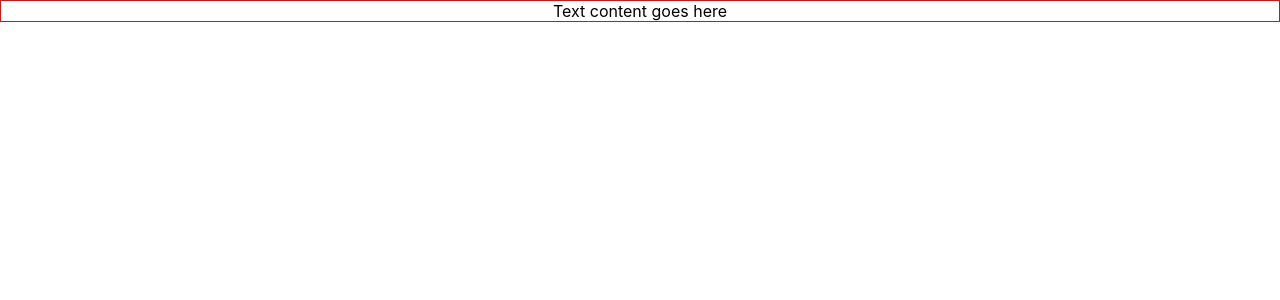
Repository: vuongtm1999/ALTA-exercise-1
Page: /
An editor plug-in stored every save of this project. The page is shown before and after the next save, followed by the edit.
The browser window is 1280 px wide. The pictures show the whole page.
The project was rebuilt for these pictures with package versions that can differ from the ones it lists, and the page was loaded fresh each time.

Above is the page before, as saved 2022-10-25 22:24:48.

After the next save:
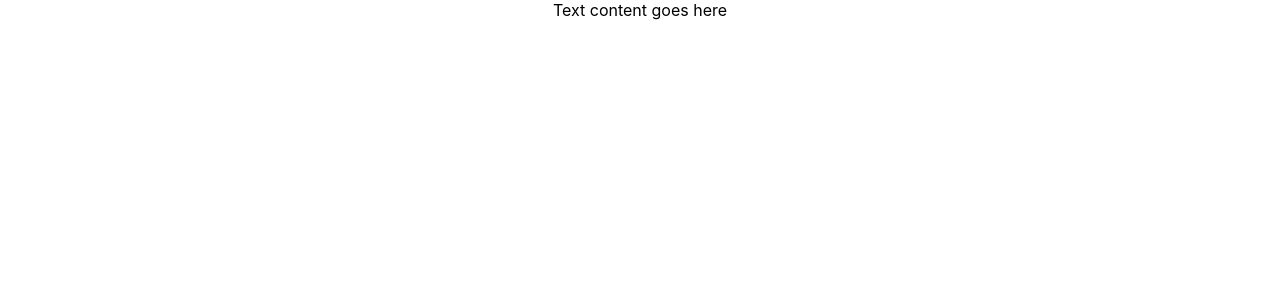
Saved 7 s later.
--- a/src/App.tsx
+++ b/src/App.tsx
@@ -25,7 +25,7 @@
   // ]
   return (
     <div className="App">
-      <Container styles={ { border: "1px solid red" } } />
+      <Container styles={ { border: "1pádasdx solid red" } } />
     </div>
   );
 }

After the save that followed:
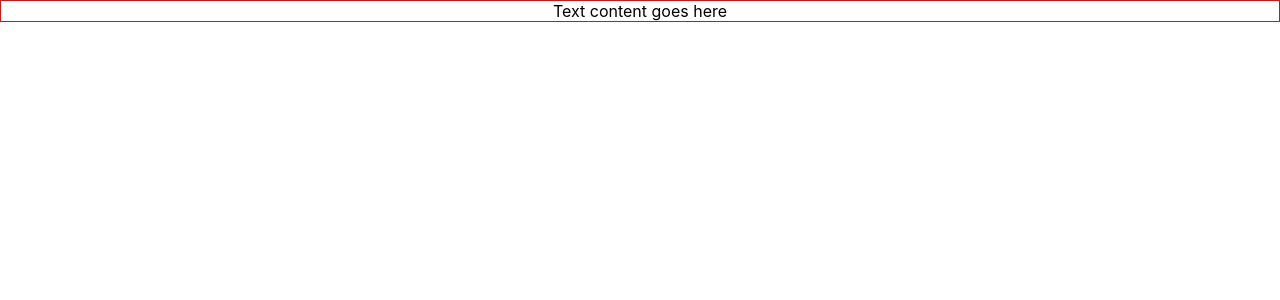
Saved 2 min 27 s later.
--- a/src/App.tsx
+++ b/src/App.tsx
@@ -25,7 +25,7 @@
   // ]
   return (
     <div className="App">
-      <Container styles={ { border: "1pádasdx solid red" } } />
+      <Container styles={ { border: "1px solid red" } } />
     </div>
   );
 }
